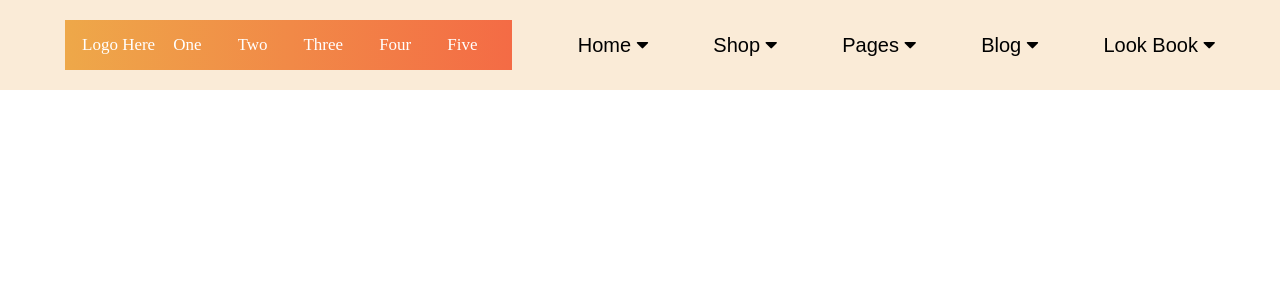
Repository: MorgunovaAlexandra/beauti
Page: index.html
The author's editor kept a copy of each file at every save. The page is drawn from the files as they stood at one save, then again after the next save.
The browser window is 1280 px wide. The pictures show the whole page.

Above is the page before, as saved 2022-08-24 13:53:34.

### index.html
<!DOCTYPE html>
<html lang="en">
<head>
    <meta charset="UTF-8">
    <meta http-equiv="X-UA-Compatible" content="IE=edge">
    <meta name="viewport" content="width=device-width, initial-scale=1.0">
    <link rel="stylesheet" href="./style.css">
    <link rel="stylesheet" href="https://cdnjs.cloudflare.com/ajax/libs/font-awesome/4.7.0/css/font-awesome.min.css">
    <title>Document</title>
</head>
<body>
    <div class="wrapper">
        <header class="header">
            <div class="header-container _container">
            <nav class="header-nav">
                <section class="top-nav">
                    <div>
                      Logo Here
                    </div>
                    <input id="menu-toggle" type="checkbox" />
                    <label class='menu-button-container' for="menu-toggle">
                    <div class='menu-button'></div>
                  </label>
                    <ul class="menu">
                      <li>One</li>
                      <li>Two</li>
                      <li>Three</li>
                      <li>Four</li>
                      <li>Five</li>
                    </ul>
                  </section>
                <div class="dropdown">
                    <button class="dropbtn">Home
                      <i class="fa fa-caret-down faa"></i>
                    </button>
                    <div class="dropdown-content">
                      <a href="#">Link 1</a>
                      <a href="#">Link 2</a>
                      <a href="#">Link 3</a>
                    </div>
                  </div>
                  <div class="dropdown">
                    <button class="dropbtn">Shop
                      <i class="fa fa-caret-down faa"></i>
                    </button>
                    <div class="dropdown-content">
                      <a href="#">Link 1</a>
                      <a href="#">Link 2</a>
                      <a href="#">Link 3</a>
                      <a href="#">Link 1</a>
                      <a href="#">Link 2</a>
                      <a href="#">Link 3</a>
                    </div>
                  </div>
                  <div class="dropdown">
                    <button class="dropbtn">Pages
                      <i class="fa fa-caret-down faa"></i>
                    </button>
                    <div class="dropdown-content">
                      <a href="#">Link 1</a>
                      <a href="#">Link 2</a>
                      <a href="#">Link 3</a>
                    </div>
                  </div>
                  <div class="dropdown">
                    <button class="dropbtn">Blog
                      <i class="fa fa-caret-down faa"></i>
                    </button>
                    <div class="dropdown-content">
                      <a href="#">Link 1</a>
                      <a href="#">Link 2</a>
                      <a href="#">Link 3</a>
                    </div>
                  </div>
                  <div class="dropdown">
                    <button class="dropbtn">Look Book
                      <i class="fa fa-caret-down faa"></i>
                    </button>
                    <div class="dropdown-content">
                      <a href="#">Link 1</a>
                      <a href="#">Link 2</a>
                      <a href="#">Link 3</a>
                    </div>
                  </div>
            </nav>
            </div>
        </header>
    </div>
</body>
</html>

### style.css
* {
	margin: 0;
	padding: 0;
	border: 0;
	box-sizing: border-box;
}
:before,:after{
	padding: 0;
	margin: 0;
	border: 0;
	box-sizing: border-box;
}
html,body{
	height: 100%;
    font-family: 'SofiaProRegular';
	font-size: 18px;
	font-weight: 400;
}

.wrapper{
	width: 100%;
	overflow: hidden;

}
._container{
	max-width: 1170px;
	margin: 0px auto;
	padding: 0px 10px;
}
._container{
	max-width: 1170px;
	margin: 0px auto;
	padding: 0px 10px;
}
/*--------------------------*/
.header {
	font-family: 'TTCommons-Medium';
	position: absolute;/*---------изменено-----------------*/
	width: 100%;
	top: 0;
	left: 0;
	z-index: 50;
	font-size: 17px;
    height: 90px;
    background-color: antiquewhite;

}
.menu-list{
    display: flex;
    justify-content: center;
    align-items: center;
    height: 90px;

}

a{
   position: relative;
    text-decoration: none;
    color:rgb(37, 37, 37);
    margin-left: 40px;
}
.header-nav{
    display: flex;
    justify-content: space-between;
    align-items: center;
    height: 90px;
}
.faa:hover{
    animation: move .3s ease-in;
    transform: rotate(180deg) scaleX(-1);
}
@keyframes move {
    from {
        transform: rotate(0deg) scaleX(-1);

    }
    50% {transform: rotate(90deg) scaleX(-1);}
    to {
        transform: rotate(180deg) scaleX(-1);
    }
  }
.dropbtn{
    font-size: 20px;
    background-color: rgb(156, 153, 153,0) ;
}
.dropdown-content{
    display: none;
    position: absolute;
    background-color: #f9f9f9;
    min-width: 160px;
    z-index: 1;
}
.dropdown-content a {
    float: none;
    color: rgb(156, 153, 153);
    padding: 12px 16px;
    text-decoration: none;
    display: block;
    text-align: left;
}
.dropdown-content a:hover {
    color: rgb(67, 66, 66);
}

.dropdown:hover .dropdown-content {
    display: block;
}
/*=======humburger=======*/
.top-nav {
    display: flex;
    flex-direction: row;
    align-items: center;
    justify-content: space-between;
    background-color: #00BAF0;
    background: linear-gradient(to left, #f46b45, #eea849);
    /* W3C, IE 10+/ Edge, Firefox 16+, Chrome 26+, Opera 12+, Safari 7+ */
    color: #FFF;
    height: 50px;
    padding: 1em;
  }

  .menu {
    display: flex;
    flex-direction: row;
    list-style-type: none;
    margin: 0;
    padding: 0;
  }

  .menu > li {
    margin: 0 1rem;
    overflow: hidden;
  }

  .menu-button-container {
    display: none;
    height: 100%;
    width: 30px;
    cursor: pointer;
    flex-direction: column;
    justify-content: center;
    align-items: center;
  }

  #menu-toggle {
    display: none;
  }

  .menu-button,
  .menu-button::before,
  .menu-button::after {
    display: block;
    background-color: #fff;
    position: absolute;
    height: 4px;
    width: 30px;
    transition: transform 400ms cubic-bezier(0.23, 1, 0.32, 1);
    border-radius: 2px;
  }

  .menu-button::before {
    content: '';
    margin-top: -8px;
  }

  .menu-button::after {
    content: '';
    margin-top: 8px;
  }

  #menu-toggle:checked + .menu-button-container .menu-button::before {
    margin-top: 0px;
    transform: rotate(405deg);
  }

  #menu-toggle:checked + .menu-button-container .menu-button {
    background: rgba(255, 255, 255, 0);
  }

  #menu-toggle:checked + .menu-button-container .menu-button::after {
    margin-top: 0px;
    transform: rotate(-405deg);
  }

  @media (max-width: 700px) {
    .menu-button-container {
      display: flex;
    }
    .menu {
      position: absolute;
      top: 0;
      margin-top: 50px;
      left: 0;
      flex-direction: column;
      width: 100%;
      justify-content: center;
      align-items: center;
    }
    #menu-toggle ~ .menu li {
      height: 0;
      margin: 0;
      padding: 0;
      border: 0;
      transition: height 400ms cubic-bezier(0.23, 1, 0.32, 1);
    }
    #menu-toggle:checked ~ .menu li {
      border: 1px solid #333;
      height: 2.5em;
      padding: 0.5em;
      transition: height 400ms cubic-bezier(0.23, 1, 0.32, 1);
    }
    .menu > li {
      display: flex;
      justify-content: center;
      margin: 0;
      padding: 0.5em 0;
      width: 100%;
      color: white;
      background-color: #222;
    }
    .menu > li:not(:last-child) {
      border-bottom: 1px solid #444;
    }
  }

After the next save:
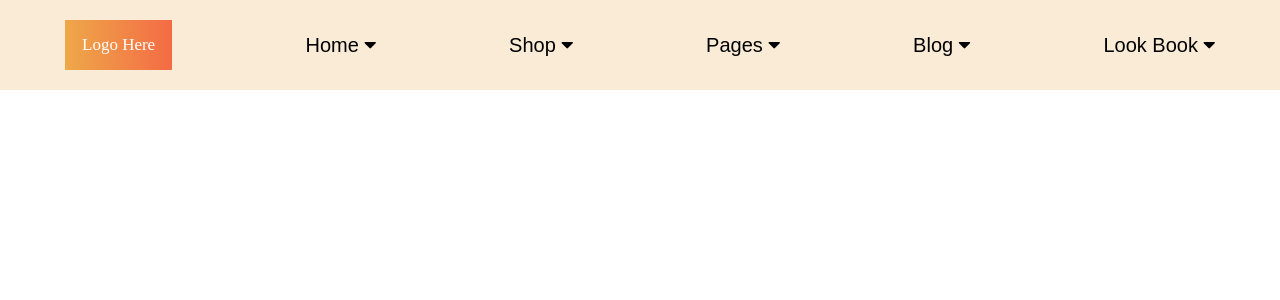
Saved 78 s later.
--- a/index.html
+++ b/index.html
@@ -21,13 +21,7 @@
                     <label class='menu-button-container' for="menu-toggle">
                     <div class='menu-button'></div>
                   </label>
-                    <ul class="menu">
-                      <li>One</li>
-                      <li>Two</li>
-                      <li>Three</li>
-                      <li>Four</li>
-                      <li>Five</li>
-                    </ul>
+
                   </section>
                 <div class="dropdown">
                     <button class="dropbtn">Home
